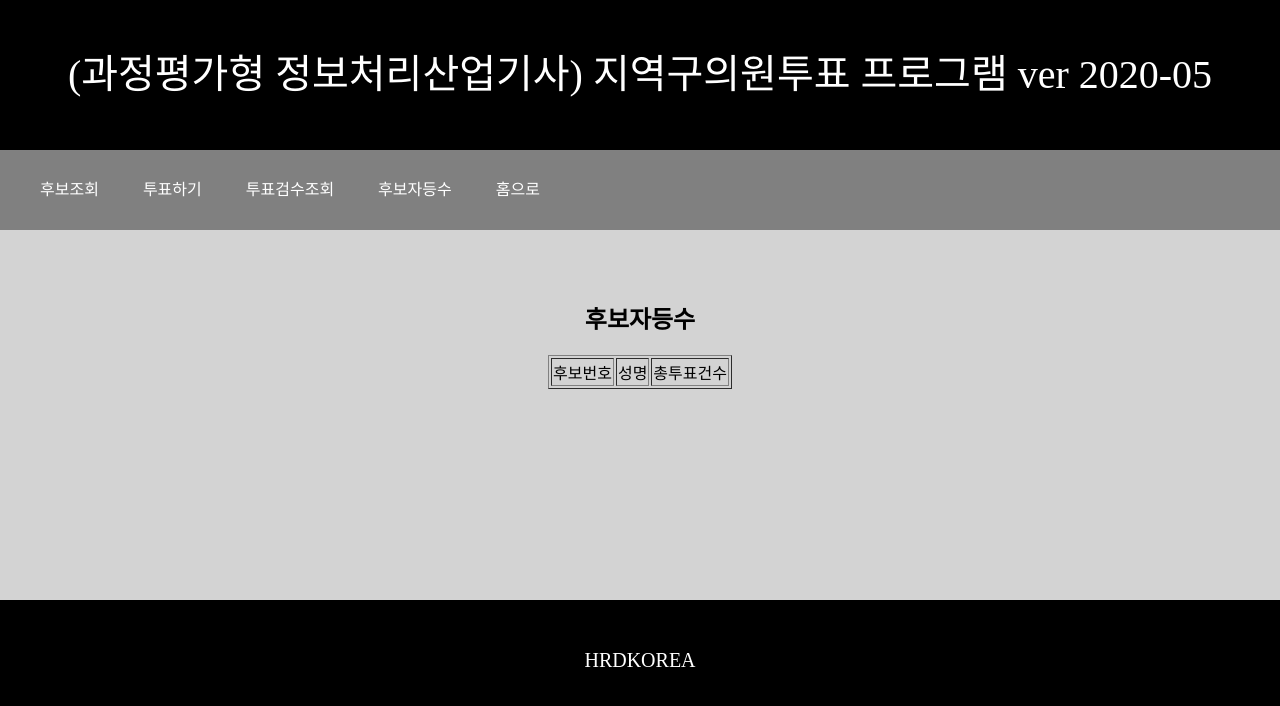
Repository: junhee97/-
Page: http://localhost/HRD_03/rank.jsp
An editor plug-in stored every save of this project. The page is shown before and after the next save, followed by the edit.
The browser window is 1280 px wide. The pictures show the whole page.
The page is served by Tomcat 9. Queries for data that is not in the repository find no rows.

Above is the page before, as saved 2025-08-14 12:16:49.

After the next save:
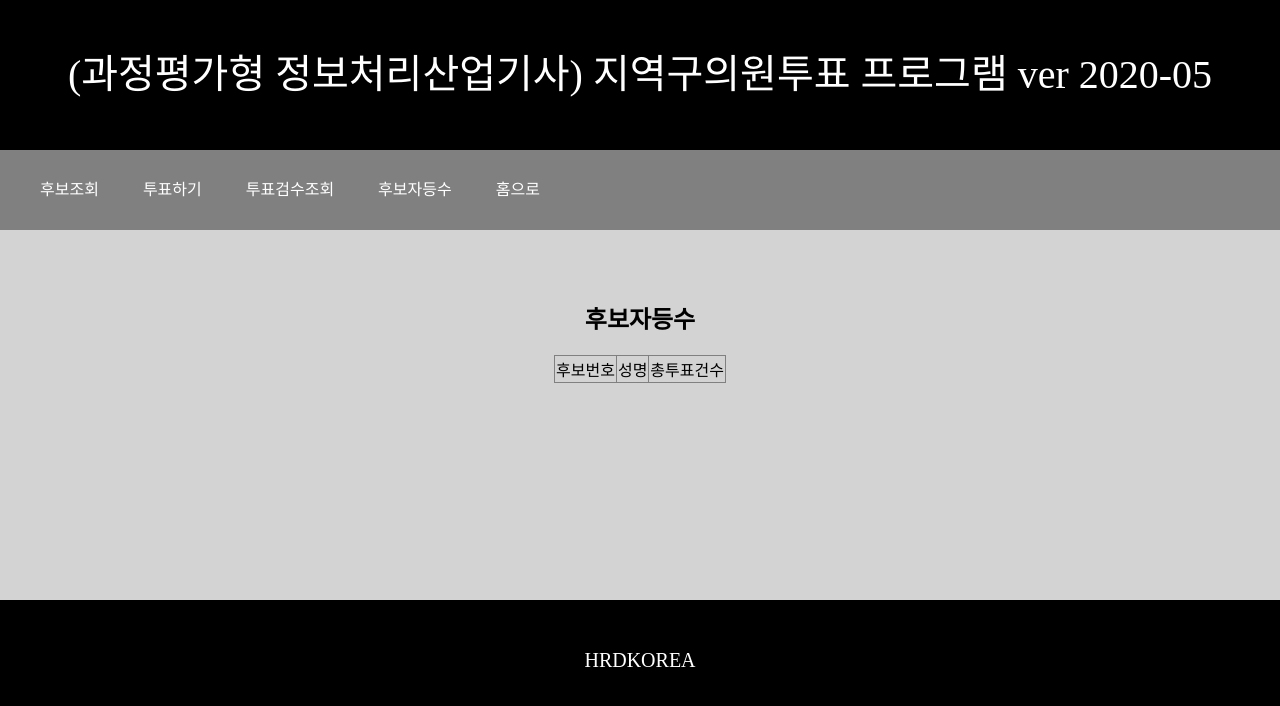
Saved 76 s later.
--- a/HRD_03/WebContent/rank.jsp
+++ b/HRD_03/WebContent/rank.jsp
@@ -15,7 +15,7 @@
 <h2 style="text-align: center; padding-top: 50px;">후보자등수</h2>
 
 <form style = "display: flex; align-items: center; justify-content: center; text-align: center;">
-	<table border = "1">
+	<table style="border-collapse: collapse" border = "1">
 		<tr>
 			<td>후보번호</td>
 			<td>성명</td>
@@ -27,6 +27,9 @@
 			String sql = "";
 			PreparedStatement pstmt = con.prepareStatement(sql);
 			ResultSet rs = pstmt.executeQuery();
+			while(rs.next()) {
+
+			}
 		} catch (Exception e) {
 			e.printStackTrace();
 		}

After the save that followed:
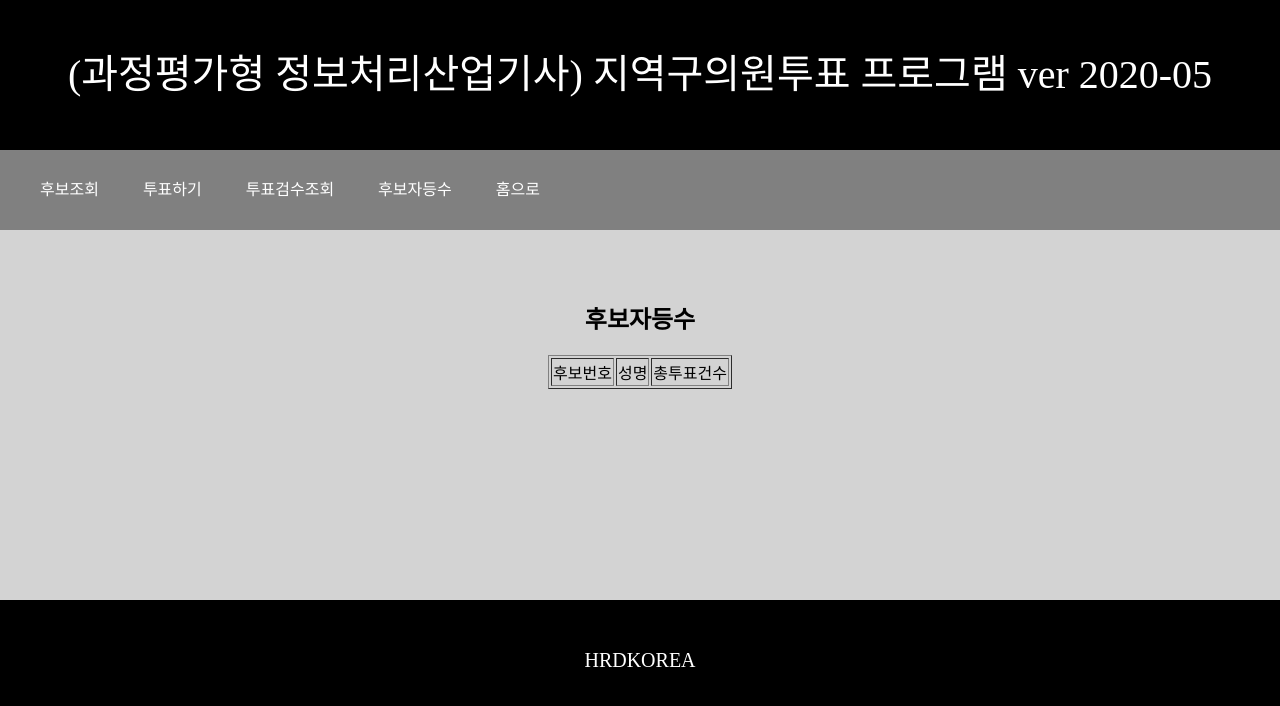
Saved 15 s later.
--- a/HRD_03/WebContent/rank.jsp
+++ b/HRD_03/WebContent/rank.jsp
@@ -15,7 +15,7 @@
 <h2 style="text-align: center; padding-top: 50px;">후보자등수</h2>
 
 <form style = "display: flex; align-items: center; justify-content: center; text-align: center;">
-	<table style="border-collapse: collapse" border = "1">
+	<table border = "1">
 		<tr>
 			<td>후보번호</td>
 			<td>성명</td>
